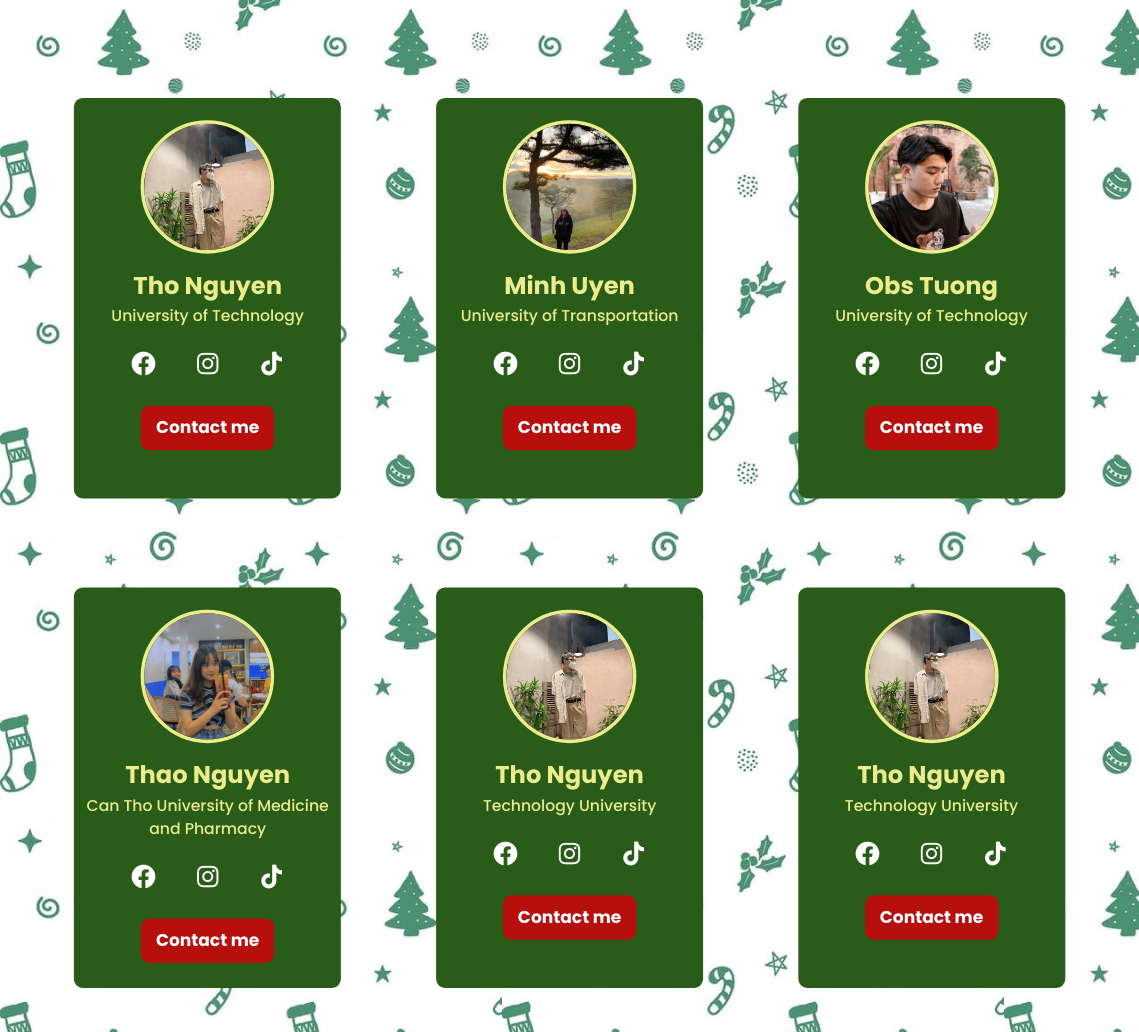
Repository: lausamtuong/profileCard
Page: index.html
The author's editor kept a copy of each file at every save. The page is drawn from the files as they stood at one save, then again after a run of saves.
The browser window is 1280 px wide. The pictures show the whole page, at 89% of full size.
The style sheet was rebuilt from its Sass, Less or Tailwind sources for each picture, by a compiler version that may differ from the author's.

Above is the page before, as saved 2021-12-14 18:54:21.

After the next 3 saves:
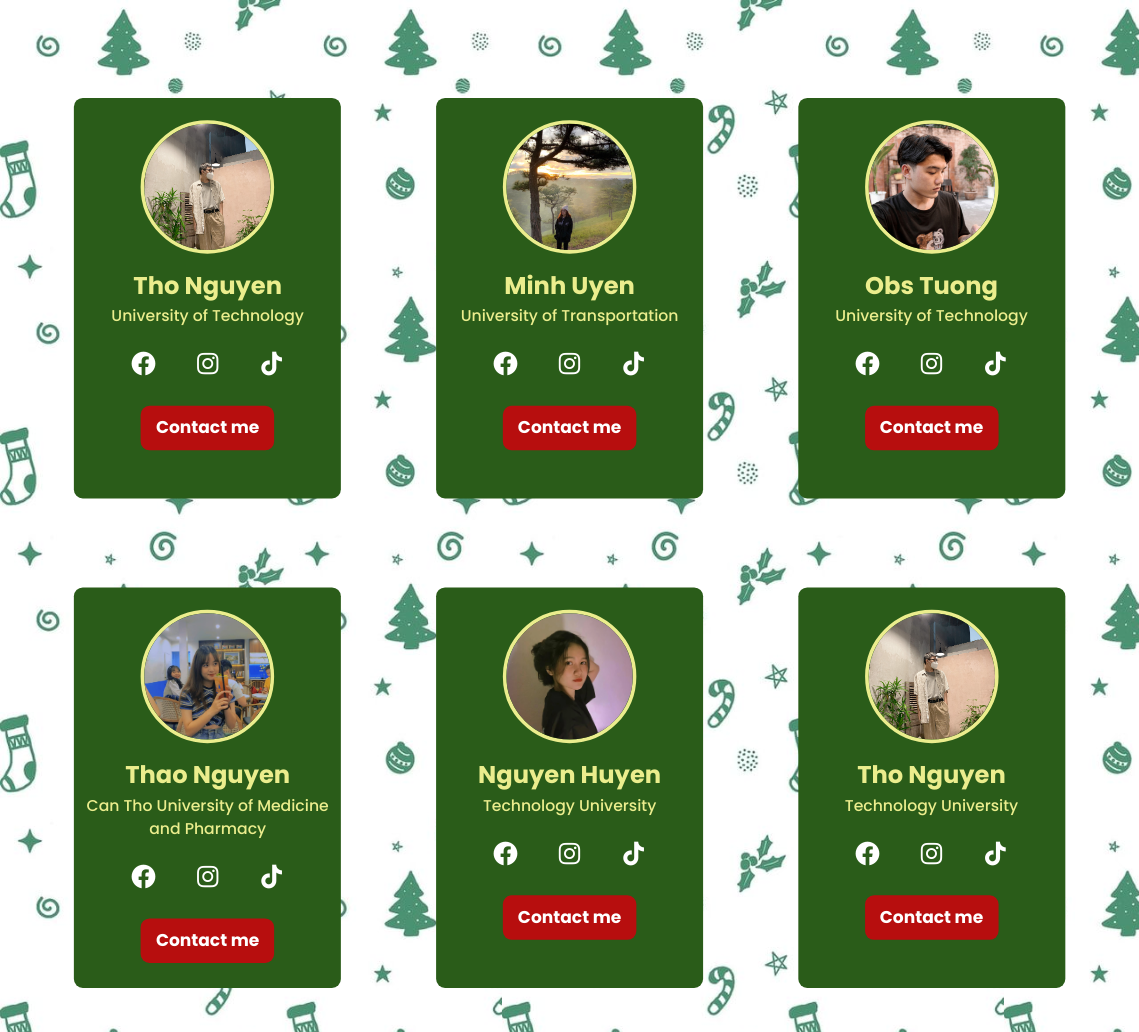
The 3 saves are shown as one change because they came seconds apart.
The last was saved 66 s later.
--- a/index.html
+++ b/index.html
@@ -83,9 +83,9 @@
         <div class="card__item">
 
             <div class="card__image">
-                <img src="tho.jpg" alt="">
+                <img src="huyen.jpg" alt="">
             </div>
-            <div class="card__name">Tho Nguyen</div>
+            <div class="card__name">Nguyen Huyen</div>
             <div class="card__school">Technology University</div>
             <div class="card__social">
                 <a href="https://www.facebook.com/profile.php?id=100013469562736">
